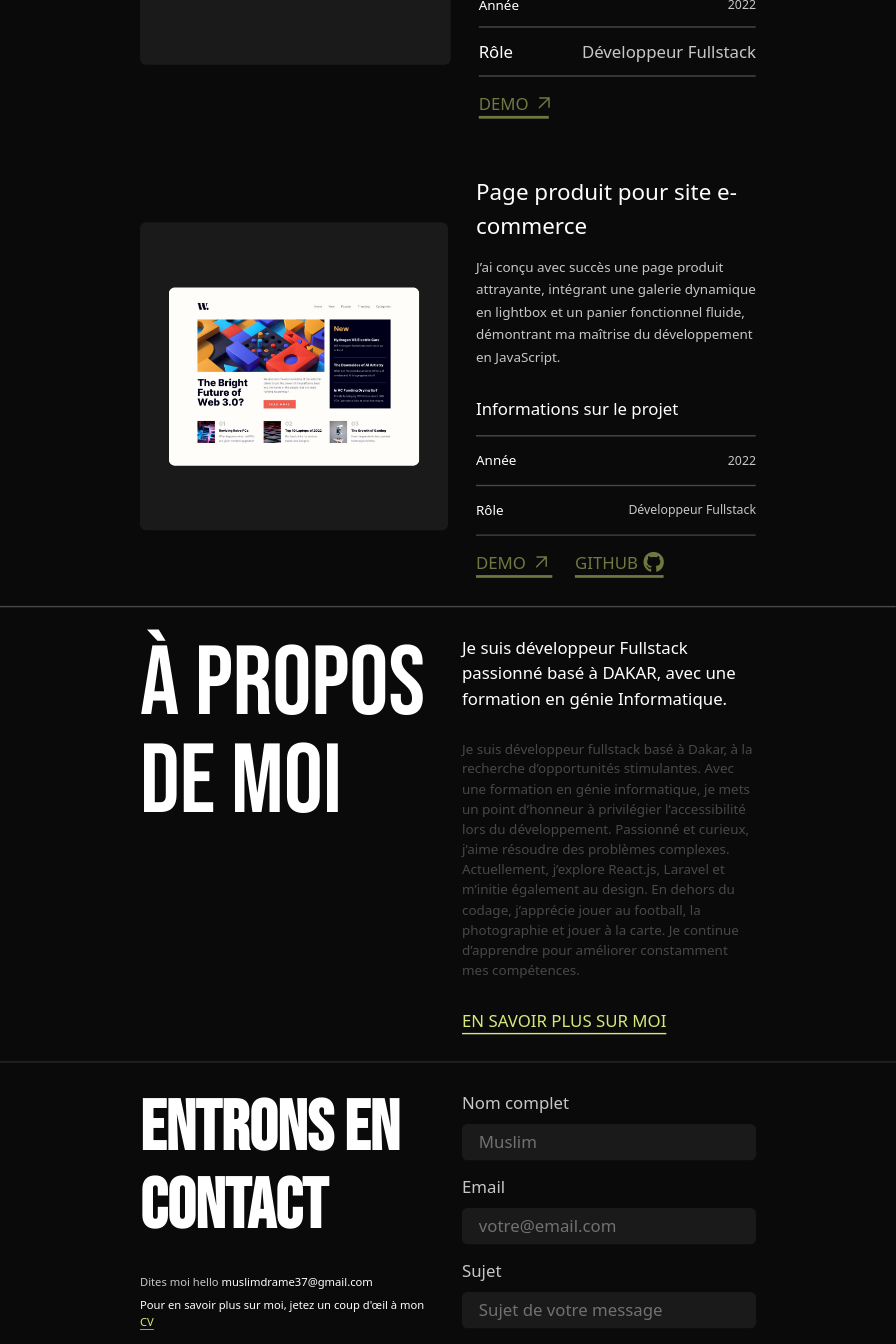
Repository: muslimdrame37-oss/Portfolio1
Page: src/index.html
The author's editor kept a copy of each file at every save. The page is drawn from the files as they stood at one save, then again after the next save.
The browser window is 1280 px wide. The pictures show the part of the page from y = 2321 to 4241 px (the page is 4749 px tall before and 4725 px after), at 70% of full size.
Some web fonts or font styles are not loaded; a fallback is used. Some web libraries are served in a nearby version.

Above is the page before, as saved 2026-02-11 17:38:02.

### src/index.html
<!doctype html>
<html lang="fr">
<head>
    <meta charset="UTF-8">
    <meta name="viewport" content="width=device-width, initial-scale=1.0">
    <meta name="description" content="Portfolio de Muslim Drame - Développeur Fullstack basé à Dakar">
    <title>Muslim Drame - Développeur Fullstack</title>

    <!-- Fonts -->
    <link rel="stylesheet" href="https://fonts.googleapis.com/css2?family=Bebas+Neue&display=swap">
    <link rel="stylesheet" href="https://fonts.googleapis.com/css2?family=Material+Symbols+Outlined:opsz,wght,FILL,GRAD@20..48,100..700,0..1,-50..200&icon_names=arrow_outward">

    <!-- Styles -->
    <link href="./output.css" rel="stylesheet">

    <!-- Icons -->
    <script src="https://kit.fontawesome.com/31ee52f68e.js" crossorigin="anonymous"></script>
</head>

<body class="bg-[#0A0A0A]">
    <!-- ========== HEADER ========== -->
    <header class="flex items-center justify-between py-4 px-5 lg:px-20">
        <h1 class="text-[#C7C7C7] text-[2rem] lg:text-4xl font-bebas">MUSLIM DRAME</h1>

        <!-- Navigation Desktop -->
        <nav class="hidden lg:flex justify-between py-8 text-[#C7C7C7] text-[1.2rem]" aria-label="Navigation principale">
            <ul class="flex gap-10">
                <li><a href="index.html" class="hover:text-[#D3E97A] transition-colors">Projets</a></li>
                <li><a href="a_propos.html" class="hover:text-[#D3E97A] transition-colors">À propos</a></li>
                <li><a href="#contact" class="hover:text-[#D3E97A] transition-colors">Contact</a></li>
            </ul>
        </nav>

        <!-- Menu Mobile -->
        <button class="lg:hidden" aria-label="Menu mobile">
            <svg xmlns="http://www.w3.org/2000/svg" height="40px" viewBox="0 -960 960 960" width="40px" fill="#484848">
                <path d="M120-680v-80h720v80H120Zm0 480v-80h720v80H120Zm0-240v-80h720v80H120Z"/>
            </svg>
        </button>
    </header>

    <!-- ========== MAIN CONTENT ========== -->
    <main>

        <!-- ========== SECTION HERO ========== -->
        <section class="px-5 mt-20 flex flex-col justify-between gap-10 lg:flex-row lg:px-50" aria-label="Section d'accueil">
            <!-- Contenu texte -->
            <div class="flex flex-col gap-5 justify-center lg:w-1/2">
                <h2 class="text-white text-[3rem] lg:text-[6rem] lg:font-bold lg:leading-30 leading-15 font-bebas">HI, I AM<br>MUSLIM DRAME</h2>
                <p class="text-1xl text-[#C7C7C7] lg:text-2xl">
                    Un développeur fullstack basé à Dakar, passionné par la création de sites web accessibles et conviviaux.
                </p>

                <!-- Boutons d'action -->
                <div class="flex gap-3 items-center">
                    <!-- Bouton Contact -->
                    <a href="#contact" class="bg-[#D3E97A] flex justify-between items-center pl-2 text-black font-bold text-[1rem] rounded-[100px] gap-1 lg:gap-3 py-2 lg:py-4 lg:text-[1.5rem] lg:pl-4 hover:bg-[#c5db6f] transition-colors">
                        CONTACTEZ-MOI
                        <span class="w-11 h-10 flex items-center justify-center">
                            <span class="bg-black w-4 h-4 rounded-full lg:w-7 lg:h-7"></span>
                        </span>
                    </a>

                    <!-- Réseaux sociaux -->
                    <a href="#" class="w-10 h-10 rounded-full bg-[#222222] flex justify-center items-center lg:w-15 lg:h-15 hover:bg-[#333333] transition-colors" aria-label="LinkedIn">
                        <i class="fa-brands fa-linkedin-in text-[#D3E97A] text-2xl lg:text-4xl animate-pulse"></i>
                    </a>
                    <a href="#" class="w-10 h-10 rounded-full bg-[#222222] flex justify-center items-center lg:w-15 lg:h-15 hover:bg-[#333333] transition-colors" aria-label="GitHub">
                        <i class="fa-brands fa-github text-2xl lg:text-4xl text-[#D3E97A] animate-pulse"></i>
                    </a>
                </div>
            </div>

            <!-- Image hero -->
            <div class="bg-[#C7C7C7] rounded-2xl overflow-hidden">
                <img src="image/image1.png" alt="Portrait de Muslim Drame" width="880" class="w-full h-auto">
            </div>
        </section>

        <!-- Séparateur -->
        <hr class="border-[#484848] border-t mt-20">

        <!-- ========== SECTION PROJETS ========== -->

        <section class="flex flex-col px-8 mt-20 lg:px-50">
            <div class="flex flex-col gap-2">
                <h2 class="text-4xl text-white font-extrabold font-bebas lg:text-8xl">PROJETS MIS EN AVANT</h2>
                <p class="text-2xl text-[#C7C7C7] leading-5">Voici une sélection de projets qui illustrent ma passion pour le développement fullstack.</p>
            </div>
            <div class="flex flex-col lg:flex-row gap-10 mt-10 lg:w-[1,224px] justify-center items-center">
                <div>
                    <img src="image/image2.png" alt="" class="w-4xl">
                </div>
                <!-- INFORMATION -->
                <!-- TITRE ET DESCCRIPTION -->
                <div class=" lg:w-200 flex flex-col gap-5 ">
                    <div class="flex flex-col gap-5">
                        <h2 class="text-white text-[2rem] leading-9">Page de destination promotionnelle pour notre émission préférée</h2>
                        <p class="text-[#C7C7C7] leading-7 text-[1.2rem]">J’ai collaboré avec un designer pour donner vie à une page web promotionnelle dédiée à notre série préférée, Adventure Time. J’ai livré un design entièrement responsive avec des contenus dynamiques, intégrant de manière fluide une fonctionnalité d’abonnement à la newsletter afin de tenir les fans informés des dernières aventures.</p>
                    </div>
                    <!-- INFORMATION SUR LE PROJET -->
                    <div class=" flex flex-col gap-5">
                        <h3 class="text-white text-[1.5rem]">Informations sur le projet</h3>
                        <div class="flex flex-col gap-5">
                            <div class="w-full border-[#484848] border"></div>

                            <div class="flex justify-between">
                                <p class="text-white text-[1.2rem]">Année</p>
                                <p class="text-white text-[1.1rem]">2023</p>
                            </div>

                            <div class="w-full border-[#484848] border"></div>

                            <div class="flex justify-between">
                                <p class="text-white text-[1.2rem]">Rôle</p>
                                <p class="text-white text-[1.1rem]">Développeur Fullstack</p>
                            </div>

                            <div class="w-full border-[#484848] border"></div>

                        </div>
                    </div>

                    <!-- LIEN DEMO & GITHUB -->

                    <div class="flex gap-8">
                        <a href="#">
                            <div class="animate-pulse">
                            <div class="flex items-center gap-2 ">
                                <p class="text-[#D3E97A] text-[1.5rem]">DEMO</p>
                                <svg xmlns="http://www.w3.org/2000/svg" height="30px" viewBox="0 -960 960 960" width="30px" fill="#D3E97A"><path d="M246.67-244 200-290.67l402.67-402.66H236V-760h480v480h-66.67v-366.67L246.67-244Z"/></svg>
                            </div>
                            <div class="w-full border-[#D3E97A] border-2"></div>
                        </div>
                        </a>
                        <a href="#">
                            <div class="animate-pulse">
                            <div class="flex items-center gap-2">
                                <p class="text-[#D3E97A] text-[1.5rem]">GITHUB</p>
                                <i class="fa-brands fa-github text-3xl text-[#D3E97A]"></i>
                            </div>
                            <div class="w-full border-[#D3E97A] border-2"></div>
                        </div>
                        </a>

                    </div>
                </div>
            </div>
        </section>

        <!-- PROJET 2 -->

        <section class="flex flex-col px-8 mt-20 gap-8 lg:gap-10 lg:flex-row lg:px-50 items-center">
            <div>
                <img src="image/image3.png" alt="" class="w-4xl">
            </div>
            <div class="lg:w-200 flex flex-col gap-5">
                <div class="flex flex-col gap-5">
                    <h2 class="text-white text-[1.5rem]">Blog pour l’actualité mondiale</h2>
                    <p class="text-[#C7C7C7] text-[1.2rem] leading-7">J'ai maîtrisé les complexités de CSS Grid pour créer une page d'accueil innovante pour un site d'actualités, en prenant des décisions de design complexes afin d'assurer une expérience utilisateur fluide. Ce projet m'a permis de renforcer mes compétences en développement fullstack.</p>
                </div>
                <div class="flex flex-col gap-8">
                    <div class="text-[1.5rem] text-white ">Informations sur le projet</div>
                    <div class="flex flex-col gap-4">
                        <div class="w-full border-[#484848] border "></div>
                        <div class="flex justify-between">
                            <p class="text-white text-[1.2rem]">Client</p>
                            <p class="text-[#C7C7C7] text-[1.1rem]">World News</p>
                        </div>
                        <div class="w-full border-[#484848] border "></div>
                        <div class="flex justify-between">
                            <p class="text-white text-[1.2rem]">Année</p>
                            <p class="text-[#C7C7C7] text-[1.1rem]">2022</p>
                        </div>
                        <div class="w-full border-[#484848] border "></div>
                        <div class="flex justify-between">
                            <p class="text-white text-[1.5rem]">Rôle</p>
                            <p class="text-[#C7C7C7] text-[1.5rem]">Développeur Fullstack</p>
                        </div>
                        <div class="w-full border-[#484848] border "></div>
                    </div>
                </div>
                <a href="#">
                    <div class="flex flex-col animate-pulse">
                    <div class="flex items-center gap-2">
                        <p class="text-[#D3E97A] text-[1.5rem]">DEMO</p>
                        <svg xmlns="http://www.w3.org/2000/svg" height="30px" viewBox="0 -960 960 960" width="30px" fill="#D3E97A"><path d="M246.67-244 200-290.67l402.67-402.66H236V-760h480v480h-66.67v-366.67L246.67-244Z"/></svg>
                    </div>
                    <div class="w-25 border-[#D3E97A] border-2"></div>
                </div>
                </a>
            </div>
        </section>

        <!-- PROJET 3 -->

        <section class="mt-20 flex flex-col px-8 gap-8 lg:gap-10 lg:flex-row lg:px-50 items-center">
            <img src="image/image3.png" alt="" class="w-full lg:w-1/2">
            <div class="w-full lg:w-1/2 flex flex-col gap-5">
                <div class="flex flex-col gap-5">
                    <h2 class="text-white text-[2rem]">Page produit pour site e-commerce</h2>
                    <p class="text-[#C7C7C7] text-[1.2rem] leading-8 ">J’ai conçu avec succès une page produit attrayante, intégrant une galerie dynamique en lightbox et un panier fonctionnel fluide, démontrant ma maîtrise du développement en JavaScript.</p>
                </div>
                <div class="flex flex-col gap-5">
                    <div class="text-[1.5rem] text-white lg:mt-5 ">Informations sur le projet</div>
                    <div class="flex flex-col gap-5">
                        <div class="w-full border-[#484848] border "></div>
                        <div class="flex justify-between">
                            <p class="text-white text-[1.2rem]">Année</p>
                            <p class="text-[#C7C7C7] text-[1.1rem]">2022</p>
                        </div>
                        <div class="w-full border-[#484848] border "></div>
                        <div class="flex justify-between">
                            <p class="text-white text-[1.2rem]">Rôle</p>
                            <p class="text-[#C7C7C7] text-[1.1rem]">Développeur Fullstack</p>
                        </div>
                        <div class="w-full border-[#484848] border "></div>
                    </div>
                </div>
                <!-- LIEN DÉMO & GITHUB -->
                <div class="flex gap-8 items-center">
                    <a href="#">
                        <div class="animate-pulse">
                        <div class="flex items-center gap-2">
                            <p class="text-[#D3E97A] text-[1.5rem]">DEMO</p>
                            <svg xmlns="http://www.w3.org/2000/svg" height="30px" viewBox="0 -960 960 960" width="30px" fill="#D3E97A"><path d="M246.67-244 200-290.67l402.67-402.66H236V-760h480v480h-66.67v-366.67L246.67-244Z"/></svg>
                    </div>
                    <div class="w-full border-[#D3E97A] border-2"></div>
                    </div>
                    </a>
                    <a href="#">
                        <div class="animate-pulse">
                        <div class="flex items-center gap-2">
                            <p class="text-[#D3E97A] text-[1.5rem]">GITHUB</p>
                            <i class="fa-brands fa-github text-3xl text-[#D3E97A]"></i>
                        </div>
                        <div class="w-full border-[#D3E97A] border-2"></div>
                    </div>
                    </a>
                </div>
            </div>
        </section>

        <!-- À PROPOS DE MOI -->
        <div class="w-full border-[#484848] border my-10"></div>

        <section class=" flex flex-col px-8 gap-5 lg:flex-row lg:gap-10 lg:px-50 justify-between">
            <div class="text-6xl text-white  lg:w-200 lg:text-[140px] font-bebas">À PROPOS DE MOI</div>
            <div class="lg:w-200">
                <div class="flex flex-col gap-10 ">
                    <p class="text-white text-[1.5rem] ">Je suis développeur Fullstack passionné basé à DAKAR, avec une formation en génie Informatique.</p>
                    <div class="text-[#484848] text-[1.2rem]">Je suis développeur fullstack basé à Dakar, à la recherche d’opportunités stimulantes. Avec une formation en génie informatique, je mets un point d’honneur à privilégier l’accessibilité lors du développement. Passionné et curieux, j’aime résoudre des problèmes complexes.
                    Actuellement, j’explore React.js, Laravel et m’initie également au design. En dehors du codage, j’apprécie jouer au football, la photographie et jouer à la carte. Je continue d’apprendre pour améliorer constamment mes compétences.</div>
                    <a href="a_propos.html" class="text-[#D3E97A] text-[1.5rem] underline underline-offset-8 hover:text-[#c5db6f] transition-colors">EN SAVOIR PLUS SUR MOI</a>
                </div>
            </div>
        </section>

        <hr class="border-[#484848] border-t my-10">

        <!-- ========== SECTION CONTACT ========== -->

        <section id="contact" class="flex flex-col px-8 mb-10 lg:px-50 lg:gap-10 lg:flex-row" aria-label="Formulaire de contact">
            <!-- Informations de contact -->
            <div class="flex flex-col gap-10 lg:w-200">
                <h2 class="lg:text-[100px] text-white font-bold text-4xl font-bebas">ENTRONS EN CONTACT</h2>
                <div class="flex flex-col gap-2">
                    <p class="text-[#C7C7C7] text-[1rem]">
                        Dites moi hello <a href="mailto:muslimdrame37@gmail.com" class="text-white hover:text-[#D3E97A] transition-colors">muslimdrame37@gmail.com</a>
                    </p>
                    <p class="text-white text-[1rem]">Pour en savoir plus sur moi, jetez un coup d'œil à mon <a href="#" class="text-[#D3E97A] underline underline-offset-5 hover:text-[#c5db6f] transition-colors">CV</a></p>
                </div>
                <!-- Réseaux sociaux -->
                <nav class="flex gap-5" aria-label="Réseaux sociaux">
                    <a href="#" aria-label="LinkedIn" class="hover:scale-110 transition-transform">
                        <i class="fa-brands fa-linkedin-in text-[#D3E97A] text-4xl animate-pulse"></i>
                    </a>
                    <a href="#" aria-label="GitHub" class="hover:scale-110 transition-transform">
                        <i class="fa-brands fa-github text-[#D3E97A] text-4xl animate-pulse"></i>
                    </a>
                    <a href="#" aria-label="Twitter" class="hover:scale-110 transition-transform">
                        <i class="fa-brands fa-x-twitter text-[#D3E97A] text-4xl animate-pulse"></i>
                    </a>
                    <a href="#" aria-label="Instagram" class="hover:scale-110 transition-transform">
                        <i class="fa-brands fa-instagram text-[#D3E97A] text-4xl animate-pulse"></i>
                    </a>
                </nav>
            </div>


            <form action="" method="POST" class="flex flex-col gap-5 mt-10 lg:mt-0 w-full lg:w-200">
                <div class="flex flex-col gap-3">
                    <label for="name" class="text-[#C7C7C7] text-[1.5rem]">Nom complet</label>
                    <input class="text-[#C7C7C7] bg-[#1A1A1A] px-6 py-2 rounded-lg text-[1.5rem] focus:outline-none focus:ring-2 focus:ring-[#D3E97A] transition-all" type="text" name="name" placeholder="Muslim" id="name" required>
                </div>
                <div class="flex flex-col gap-3">
                    <label for="email" class="text-[#C7C7C7] text-[1.5rem]">Email</label>
                    <input class="text-[#C7C7C7] bg-[#1A1A1A] px-6 py-2 rounded-lg text-[1.5rem] focus:outline-none focus:ring-2 focus:ring-[#D3E97A] transition-all" type="email" name="email" placeholder="votre@email.com" id="email" required>
                </div>
                <div class="flex flex-col gap-3">
                    <label for="sujet" class="text-[#C7C7C7] text-[1.5rem]">Sujet</label>
                    <input class="text-[#C7C7C7] bg-[#1A1A1A] px-6 py-2 rounded-lg text-[1.5rem] focus:outline-none focus:ring-2 focus:ring-[#D3E97A] transition-all" type="text" name="sujet" placeholder="Sujet de votre message" id="sujet" required>
                </div>
                <div class="flex flex-col gap-3">
                    <label for="message" class="text-[#C7C7C7] text-[1.5rem]">Message</label>
                    <textarea name="message" id="message" rows="6" placeholder="Votre message..." class="text-[#C7C7C7] bg-[#1A1A1A] px-6 py-2 rounded-lg text-[1.5rem] resize-none focus:outline-none focus:ring-2 focus:ring-[#D3E97A] transition-all" required></textarea>
                </div>
                <button type="submit" class="text-black bg-[#D3E97A] py-2 lg:py-4 text-[1rem] font-bold rounded-[100px] w-35 hover:bg-[#c5db6f] transition-colors cursor-pointer">Envoyer</button>
            </form>
        </section>
    </main>

    <!-- ========== FOOTER ========== -->
    <footer class="w-full pb-6">
        <div class="mx-auto flex flex-col lg:flex-row gap-2 lg:gap-8 items-center justify-between border border-white/10 bg-[#1A1A1A] px-6 py-4 text-sm text-[#C7C7C7] backdrop-blur-md">
            <!-- Copyright -->
            <p>© 2026 Muslim Drame. Tous droits réservés.</p>

            <!-- Réseaux sociaux -->
            <nav class="flex items-center gap-2 text-2xl" aria-label="Réseaux sociaux footer">
                <a href="#" class="hover:text-white transition-colors" aria-label="Facebook">
                    <i class="fa-brands fa-facebook"></i>
                </a>
                <a href="#" class="hover:text-white transition-colors" aria-label="Instagram">
                    <i class="fa-brands fa-instagram"></i>
                </a>
                <a href="#" class="hover:text-white transition-colors" aria-label="Twitter">
                    <i class="fa-brands fa-x-twitter"></i>
                </a>
                <a href="#" class="hover:text-white transition-colors" aria-label="GitHub">
                    <i class="fa-brands fa-github"></i>
                </a>
                <a href="#" class="hover:text-white transition-colors" aria-label="YouTube">
                    <i class="fa-brands fa-youtube"></i>
                </a>
            </nav>
        </div>
    </footer>
<div><svg xmlns="http://www.w3.org/2000/svg" height="24px" viewBox="0 -960 960 960" width="24px" fill="#FFF"><path d="m256-240-56-56 384-384H240v-80h480v480h-80v-344L256-240Z"/></svg></div>
</body>
</html>

Loaded but not shown: src/output.css (2245 lines, source omitted)

After the next save:
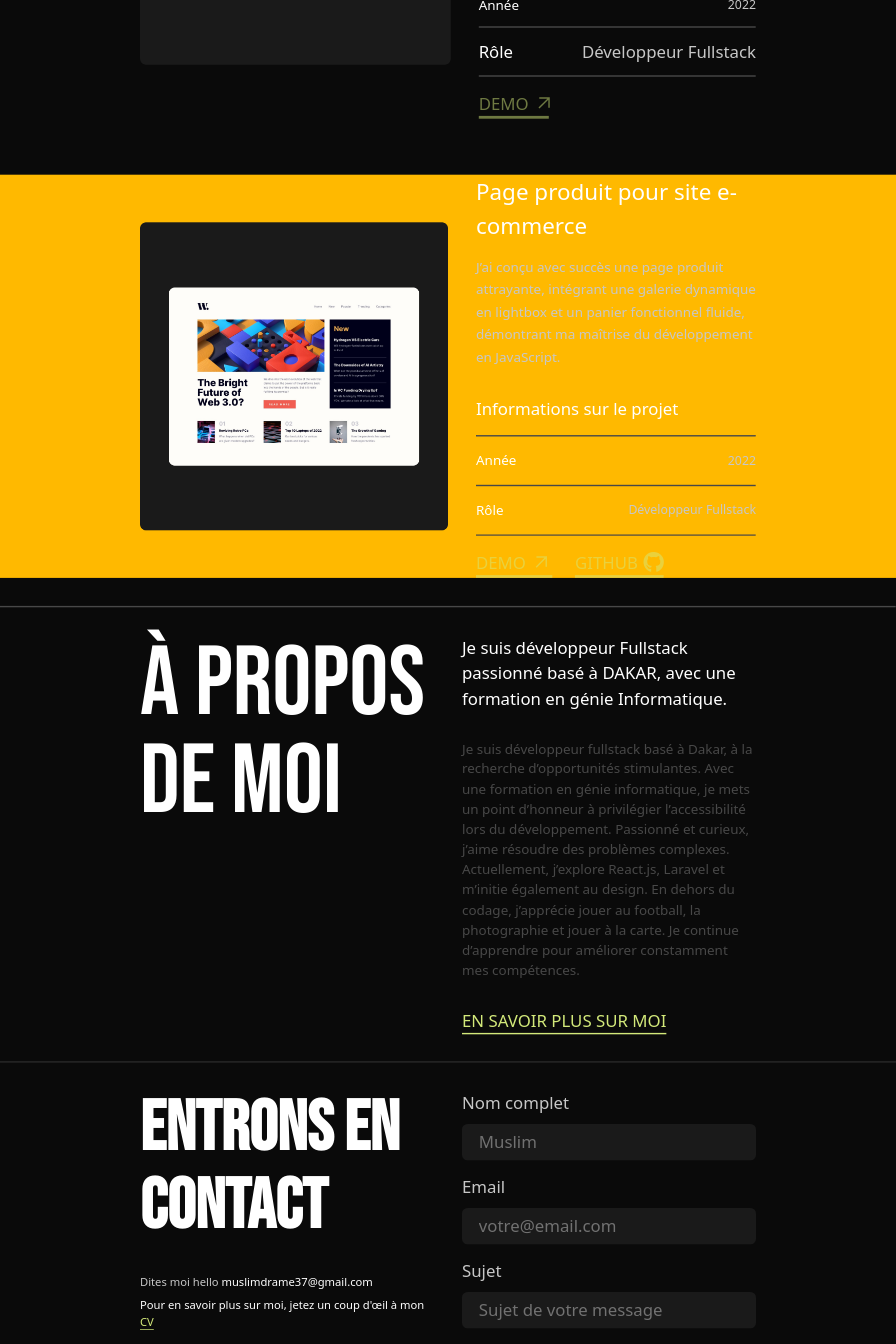
Saved 20 s later.
--- a/src/index.html
+++ b/src/index.html
@@ -194,7 +194,7 @@
 
         <!-- PROJET 3 -->
 
-        <section class="mt-20 flex flex-col px-8 gap-8 lg:gap-10 lg:flex-row lg:px-50 items-center">
+        <section class="mt-20 flex flex-col px-8 gap-8 lg:gap-10 lg:flex-row lg:px-50 items-center bg-amber-400">
             <img src="image/image3.png" alt="" class="w-full lg:w-1/2">
             <div class="w-full lg:w-1/2 flex flex-col gap-5">
                 <div class="flex flex-col gap-5">
@@ -336,6 +336,6 @@
             </nav>
         </div>
     </footer>
-<div><svg xmlns="http://www.w3.org/2000/svg" height="24px" viewBox="0 -960 960 960" width="24px" fill="#FFF"><path d="m256-240-56-56 384-384H240v-80h480v480h-80v-344L256-240Z"/></svg></div>
+
 </body>
 </html>
